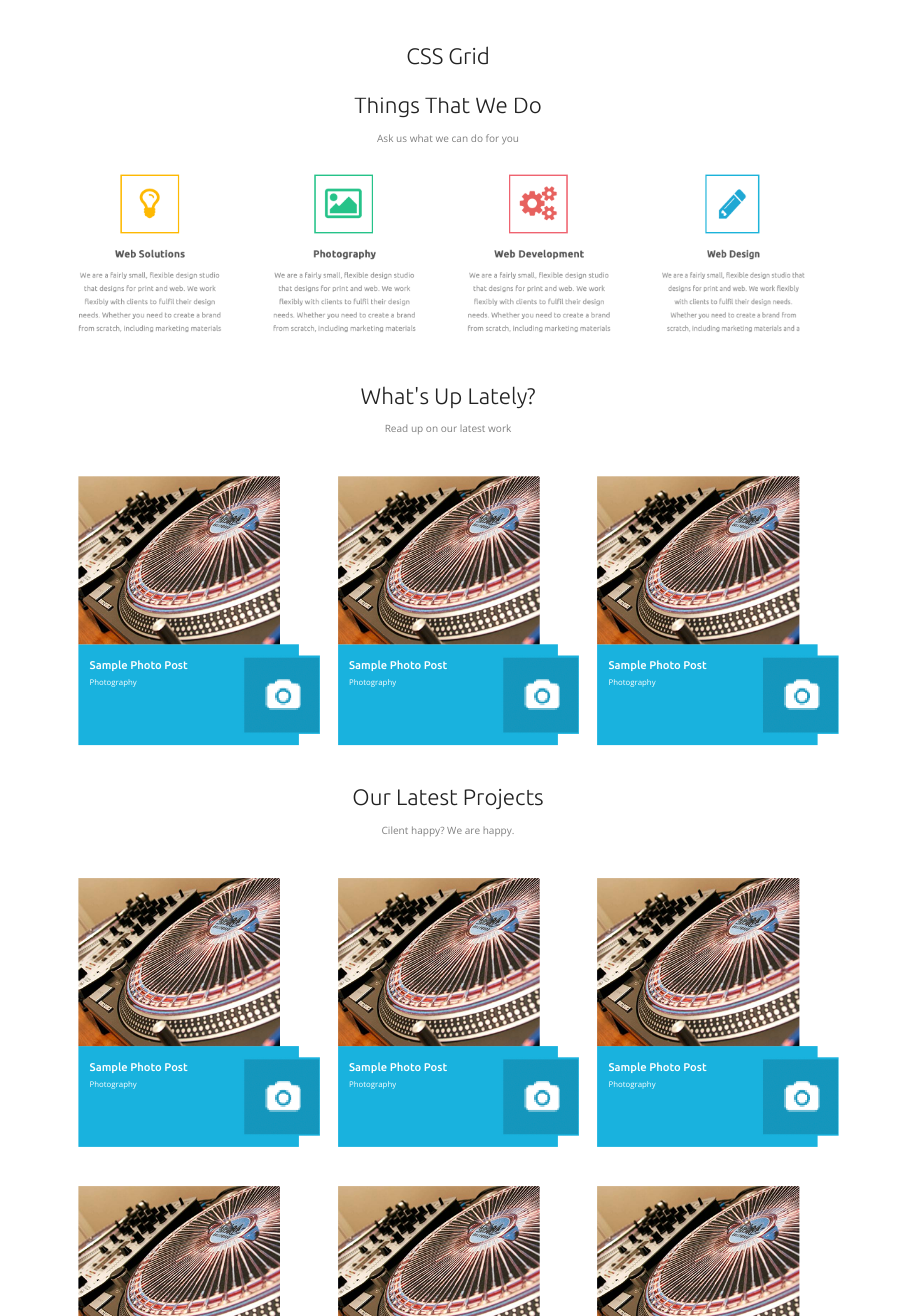
Repository: justinweiyungwu/week4project1v2
Page: cssgrid/index.html
An editor plug-in stored every save of this project. The page is shown before and after the next save, followed by the edit.
The browser window is 1280 px wide. The page is 1296 px wide, so the pictures cover 1296 px, including what lies to the right of the window. The pictures show the part of the page from y = 328 to 2208 px (the page is 11948 px tall before and 11711 px after), at 70% of full size.

Above is the page before, as saved 2023-02-06 14:20:18.

After the next save:
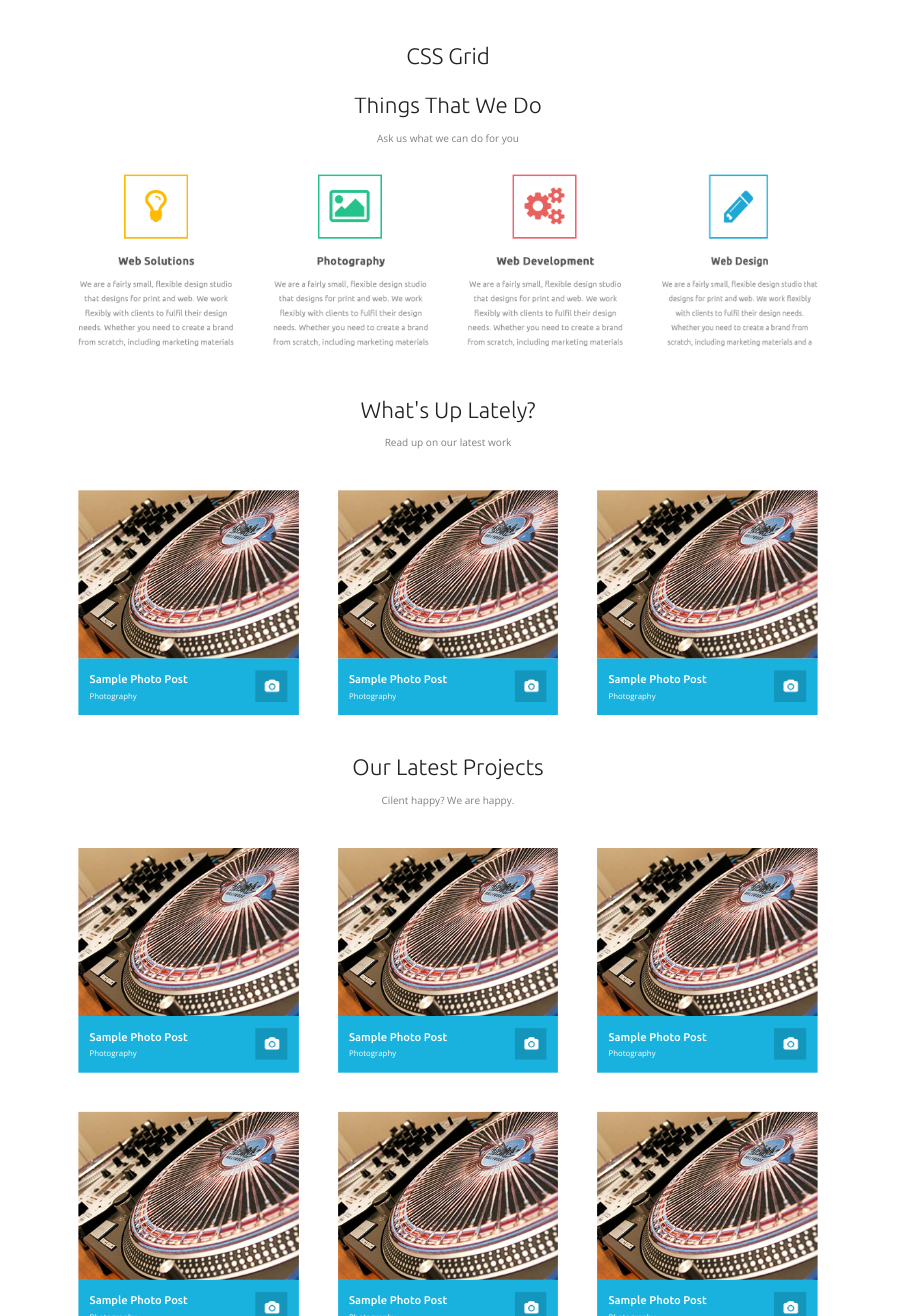
Saved 6 s later.
--- a/cssgrid/css/main.css
+++ b/cssgrid/css/main.css
@@ -94,12 +94,7 @@
 }
 
 .plus-icons{
-      isplay: grid;
-  width: 5rem;
-  margin-left: 10rem;
-  max-width: 30rem;
-  margin-top: 1rem;
-}
+
 }
 img {
     width: 100%;
